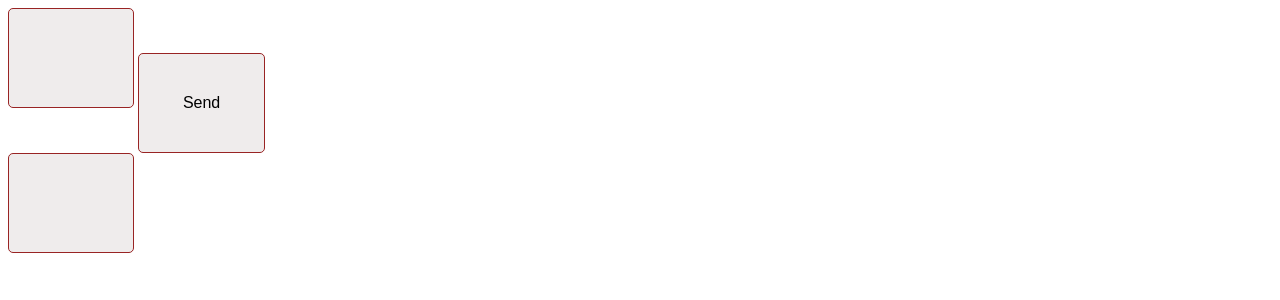
Repository: krutarthh/Ayurvedic-Remedy
Page: index.html
These files come from the project's save history. The page is drawn as it stood at one moment and after the next save; the edit follows.
The browser window is 1280 px wide. The pictures show the whole page.

Above is the page before, as saved 2024-04-06 14:47:25.

### index.html
<html>
  <body>
    <!-- ... Your HTML and CSS -->
    <textarea id = "user_input" rows="" cols=""></textarea>
    <button id="Send" type="" >Send</button>
    <div>
        <textarea id = "answer" rows="" cols=""></textarea>
    </div>
    <link rel="stylesheet" href="app.css">
    <script type="importmap">
      {
        "imports": {
          "@google/generative-ai": "https://esm.run/@google/generative-ai"
        }
      }
    </script>
    <script type="module" src="app.js"></script>
  </body>
</html>

### app.css
/* app.css */

/* Add your CSS styles here */
#user_input {
    width: 10%;
    padding: 10px;
    font-size: 16px;
    border: 1px solid #992424;
    background: #efecec;
    border-radius: 5px;
    box-sizing: border-box;
    resize: none;
    height: 100px;
}

#Send {
    width: 10%;
    padding: 10px;
    font-size: 16px;
    border: 1px solid #992424;
    background: #efecec;
    border-radius: 5px;
    box-sizing: border-box;
    resize: none;
    height: 100px;
}

#answer {
    width: 10%;
    padding: 10px;
    font-size: 16px;
    border: 1px solid #992424;
    background: #efecec;
    border-radius: 5px;
    box-sizing: border-box;
    resize: none;
    height: 100px;
}

### app.js
import { GoogleGenerativeAI } from "@google/generative-ai";


const API_KEY = "AIzaSyDBtZZsASIYVyQiLgik32sfZeJjd2X8IPQ";


const genAI = new GoogleGenerativeAI(API_KEY);

const model = genAI.getGenerativeModel({ model: "gemini-pro" });


const user_input = document.getElementById("user_input");
const answer_area = document.getElementById("answer");
const send_button = document.getElementById("Send");

send_button.addEventListener("click", async () => {
    const question = user_input.value;
    const answer = await generateText(question + "give me a ayurvedic remidy, the answer should be short and specific.");
    answer_area.textContent = answer;
});

async function generateText(prompt) {

    const result = await model.generateContent(prompt);
    const response = await result.response;
    const text = await response.text();
    return text;
}

After the next save:
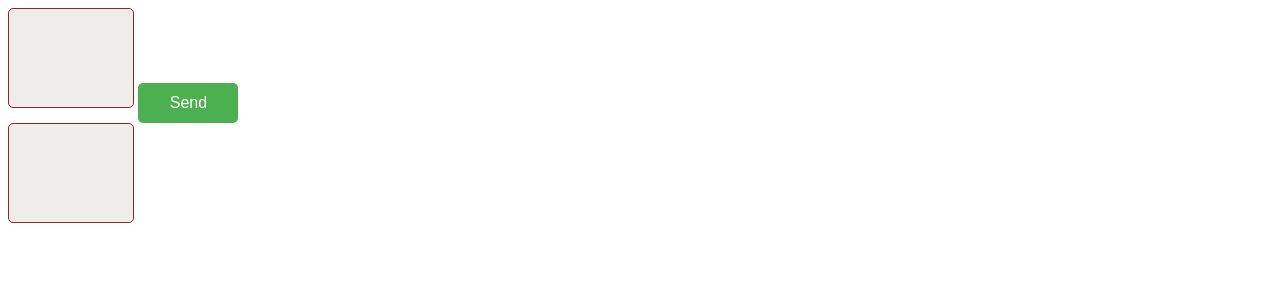
Saved 20 s later.
--- a/app.css
+++ b/app.css
@@ -13,16 +13,16 @@
     height: 100px;
 }
 
+
 #Send {
-    width: 10%;
-    padding: 10px;
+    width: 100px;
+    height: 40px;
+    background-color: #4CAF50;
+    color: white;
+    border: none;
+    border-radius: 5px;
     font-size: 16px;
-    border: 1px solid #992424;
-    background: #efecec;
-    border-radius: 5px;
-    box-sizing: border-box;
-    resize: none;
-    height: 100px;
+    cursor: pointer;
 }
 
 #answer {
